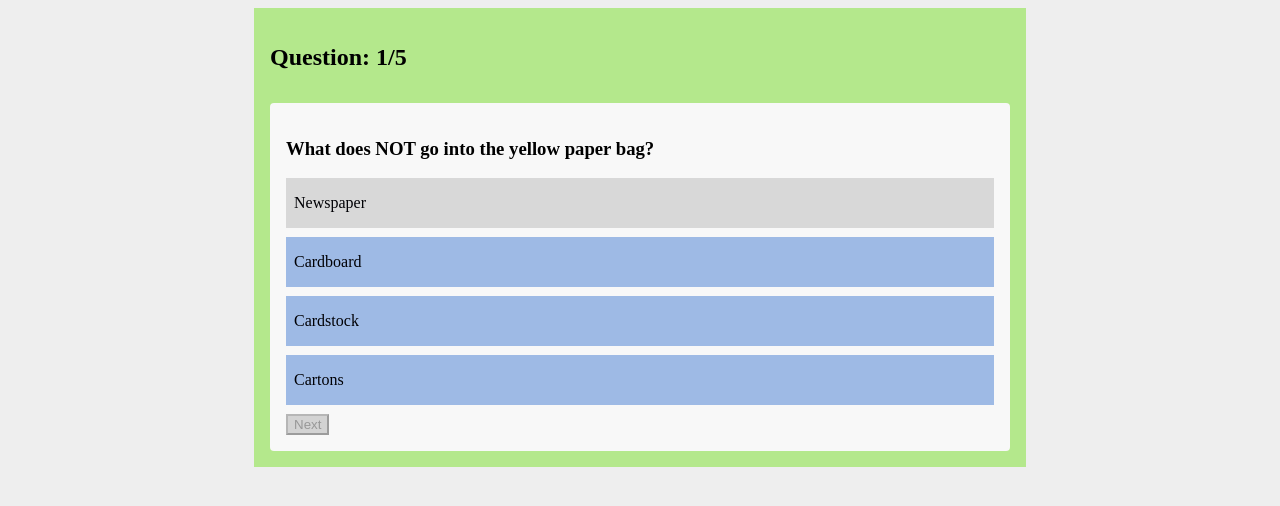
Repository: alemunden/Trash-Scavengers
Page: /quiz
An editor plug-in stored every save of this project. The page is shown before and after the next save, followed by the edit.
The browser window is 1280 px wide. The pictures show the whole page.
The pointer rests on the first visible `.liHover`.
The project was rebuilt for these pictures with package versions that can differ from the ones it lists, and the page was loaded fresh each time. The framework's server and built-in components were replaced by stand-ins that run in the browser. Also part of the build but not shown: next.config.mjs.

Above is the page before, as saved 2024-04-07 20:20:05.

### pages/quiz.js
import Link from 'next/link'
import styles from '@/styles/quiz.module.css'
import { useState } from 'react'
import { quiz } from '@/data/data'

export default function Quiz() {

    const [activeQuestion, setActiveQuestion] = useState(0);
    const [selectedAnswer, setSelectedAnswer] = useState('');
    const [checked, setChecked] = useState(false);
    const [selectedAnswerIndex, setSelectedAnswerIndex] = useState(null);
    const [showResult, setShowResult] = useState(false);
    const [result, setResult] = useState({
        score: 0,
        correctAnswers: 0,
        wrongAnswers: 0
    });
    const {questions} = quiz;
    const {question, answers, correctAnswer} = questions[activeQuestion];

    // select and check answer
    const onAnswerSelected = (answer, idx) => {
        setChecked(true)
        setSelectedAnswerIndex(idx)
        if (answer === correctAnswer) {
            setSelectedAnswer(true)
            console.log('true')
        } else {
            setSelectedAnswer(false)
            console.log('false')
        }
    };

    // calculate score and increment to next question
    const nextQuestion = () => {
        setSelectedAnswerIndex(null)
        setResult((prev) =>
        selectedAnswer ?
        {
            ...prev,
            score: prev.score + 5,
            correctAnswers: prev.correctAnswers + 1
        } : {
            ...prev,
            wrongAnswers: prev.wrongAnswers + 1
        }
    );
    if (activeQuestion !== questions.length - 1) {
        setActiveQuestion((prev) => prev + 1)
    } else {
        setActiveQuestion(0)
        setShowResult(true)
    }
    setChecked(false)
    };

    return(
        <div className={styles.container}>
            <div>
                <h2>
                    Question: {activeQuestion + 1}
                    <span>/{questions.length}</span>
                </h2>
            </div>
            <div>
                {!showResult ? (<div className={styles.quizContainer}>
                    <h3>{questions[activeQuestion].question}</h3>
                    {answers.map((answer, idx) => (
                        <li
                        key={idx}
                        onClick={() => onAnswerSelected(answer, idx)}
                        className={selectedAnswerIndex === idx ? 'liSelected' : 'liHover'}>
                            <span>{answer}</span>
                        </li>
                    ))}
                    {checked ? (<button onClick={nextQuestion} className={styles.btn}>{activeQuestion === question.length - 1 ? 'Finish' : 'Next'}</button>) : (<button onClick={nextQuestion} disabled className={styles.btnDisabled}>{''}{activeQuestion === question.length - 1 ? 'Finish' : 'Next'}</button>)}
                </div>) : (
                <div className={styles.quizContainer}>
                    <h3>Results</h3>
                    <h3>Overall {(result.score /25) * 100}%</h3>
                    <p>Total questions: <span>{questions.length}</span></p>
                    <p>Total score: <span>{result.score}</span></p>
                    <p>Correct answers: <span>{result.correctAnswers}</span></p>
                    <p>Wrong answers: <span>{result.wrongAnswers}</span></p>
                    <button onClick={()=> window.location.reload()}>Restart</button>
                </div>
                )}
            </div>
        </div>
    )
}

### styles/globals.css
:root {
    --white: #eee;
    --black: #000;
    --light-green: #B4E88C;
    --light-blue: #9EBAE5;
}

html, body {
    overflow-x: hidden;
    background-color: var(--white);
  }

main {
    padding: 1rem;
  }

li {
    list-style-type: none;
    cursor: pointer;
    margin: 9px 0;
    padding: 16px 8px;
    color: #000105;
    background-color: var(--light-blue);
  }

.liHover:hover {
    background-color: #d8d8d8;
    columns: #fff;
}

.liSelected {
    color: #fff;
    background-color: #000925;
}

### styles/quiz.module.css
.li {
    list-style-type: none;
    cursor: pointer;
    margin: 9px 0;
    padding: 16px 8px;
    color: #000105;
    background-color: var(--light-blue);
  }

.liHover:hover {
    background-color: #d8d8d8;
    columns: #fff;
}

.liSelected {
    color: #fff;
    background-color: #000925;
}

.container {
    max-width: 740px;
    margin: auto;
    padding: 1rem;
    background-color: var(--light-green);
}

.quizContainer {
    background-color: #f8f8f8;
    padding: 1rem;
    margin-top: 2rem;
    border-radius: 4px;
}

.container p {
    padding: 8px 0;
}

.btnDisabled {
    background-color: lightgray;
}

### data/data.js
export const quiz = {
    totalQuestions: 5,
    questions: [
        {
            id: 1,
            question: 'What does NOT go into the yellow paper bag?',
            answers: ['Newspaper', 'Cardboard', 'Cardstock', 'Cartons'],
            correctAnswer: 'Cartons'
        },
        {
            id: 2,
            question: 'Is foam packaging only able to be recycled at a depot?',
            answers: ['Yes', 'No'],
            correctAnswer: 'No'
        },
        {
            id: 3,
            question: 'What percentage of collected material is managed by recycling?',
            answers: ['50%', '80%', '60%', '90%'],
            correctAnswer: '90%'
        },
        {
            id: 4,
            question: 'What item goes into the blue recycling bin?',
            answers: ['Disposable hangers', 'Glass bottles', 'Plastic lids', 'Foam food containers'],
            correctAnswer: 'Plastic lids'
        },
        {
            id: 5,
            question: 'Are glass bottles able to be taken to a depot?',
            answers: ['Yes', 'No'],
            correctAnswer: 'No'
        }
    ]
}

Loaded but not shown: pages/_app.js (common file); pages/_document.js (common file)

After the next save:
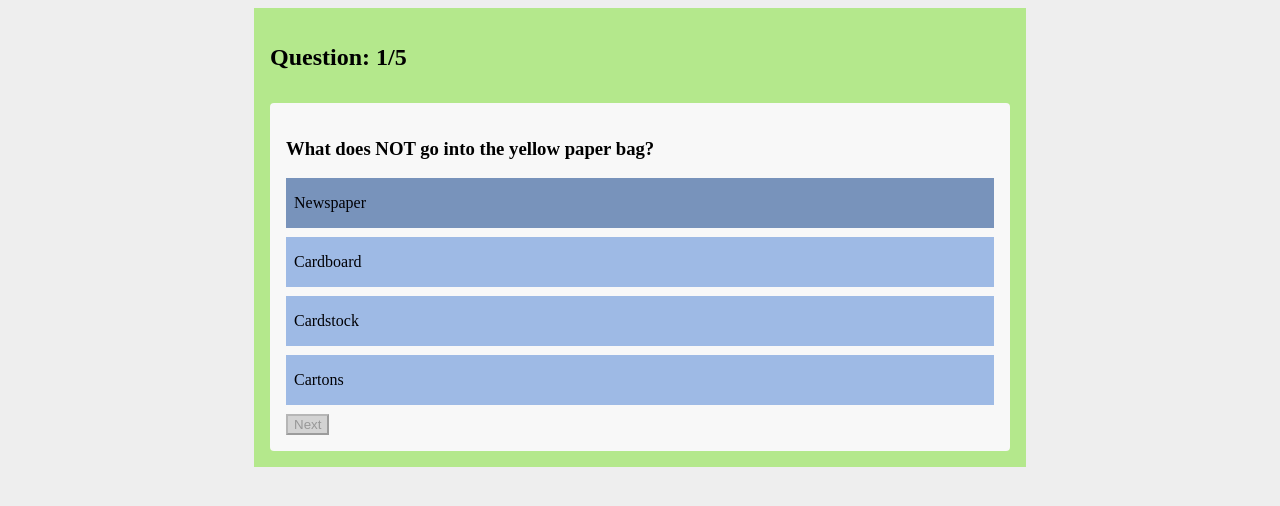
Saved 32 s later.
--- a/styles/globals.css
+++ b/styles/globals.css
@@ -24,7 +24,7 @@ li {
   }
 
 .liHover:hover {
-    background-color: #d8d8d8;
+    background-color: #7893bb;
     columns: #fff;
 }
 
